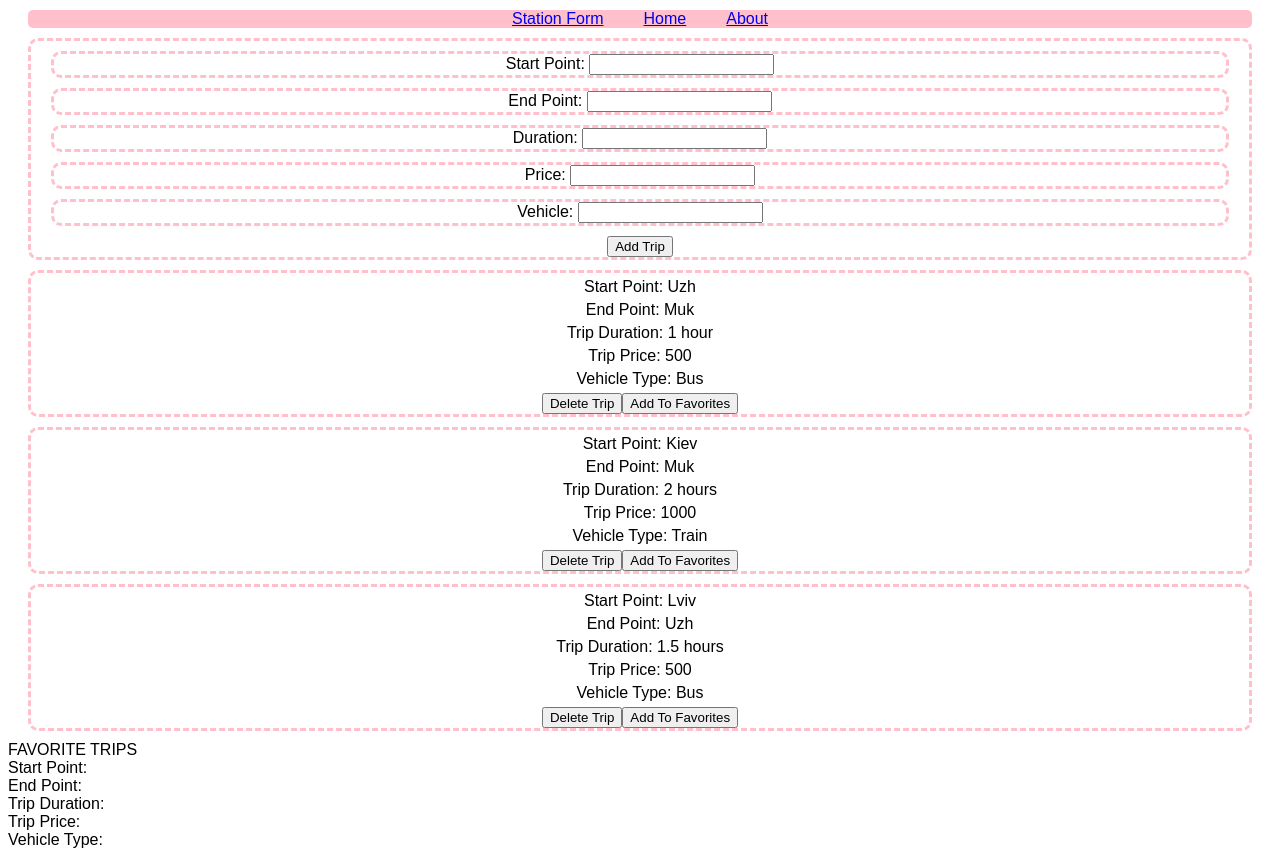
Repository: rutsguifd/mkr2
Page: /#/station-form, after clicking the first element matching `div.card > :nth-child(7)`
The author's editor kept a copy of each file at every save. The page is drawn from the files as they stood at one save, then again after the next save.
The browser window is 1280 px wide. The pictures show the whole page.
The project was rebuilt for these pictures with package versions that can differ from the ones it lists, and the page was loaded fresh each time. Also part of the build but not shown: src/views/Home.vue, src/views/About.vue.

Above is the page before, as saved 2021-12-21 21:29:11.

### src/App.vue
<template>
  <div>
    <router-view />
  </div>
</template>

<script>
  export default {

  }
</script>

<style lang="scss" scoped>

</style>

### src/router/index.js
import { createRouter, createWebHashHistory } from 'vue-router'
import Home from '../views/Home.vue'
import About from '../views/About.vue'
import StationForm from '../views/StationForm.vue'


const routes = [
  {
    path: '/',
    name: 'Home',
    component: Home
  },
  {
    path: '/about',
    name: 'About',
    component: About
  },
  {
    path: '/station-form',
    name: 'StationForm',
    component: StationForm
  }
]

const router = createRouter({
  history: createWebHashHistory(),
  routes
})

export default router

### src/store/index.js
import { createStore } from 'vuex'

export default createStore({
  state: {
    tripInfo: [
      {
        id: 1,
        tripStart: "Uzh",
        tripEnd: "Muk",
        tripDuration: "1 hour",
        tripPrice: "500",
        vehicle: "Bus"
      },
      {
        id: 2,
        tripStart: "Kiev",
        tripEnd: "Muk",
        tripDuration: "2 hours",
        tripPrice: "1000",
        vehicle: "Train"
      },
      {
        id: 3,
        tripStart: "Lviv",
        tripEnd: "Uzh",
        tripDuration: "1.5 hours",
        tripPrice: "500",
        vehicle: "Bus"
      }
    ],
    favoriteTrips: []
  },
  mutations: {
    addTrip(state, trip) {
      state.tripInfo.push({
        tripStart: trip.start,
        tripEnd: trip.end,
        tripDuration: trip.dur,
        tripPrice: trip.price,
        vehicle: trip.veh
      })
    },
    deleteTrip(state, ind) {
      state.tripInfo.splice(ind, 1)
    },
    addToFavorites(state, trip) {
      state.favoriteTrips.push({
        tripStart: trip.start,
        tripEnd: trip.end,
        tripDuration: trip.dur,
        tripPrice: trip.price,
        vehicle: trip.veh
      })
    }
  },
  actions: {},
  getters: {
    AllTrips(state) {
      return state.tripInfo
    },
    AllFavoriteTrips(state) {
      return state.favoriteTrips
    }
  }
})

### src/views/StationForm.vue
<template>
    <div>
        <Header />
        <AddTrip />
        <trip-card />
        <favorite-trips v-for="(trip) in AllFavoriteTrips" :key="trip.id"/>
    </div>
</template>

<script>
import { mapGetters } from "vuex";
import FavoriteTrips from '../components/FavoriteTrips.vue'
import AddTrip from '../components/AddTrip.vue'
import Header from '../components/Header.vue'
import TripCard from '../components/TripCard.vue'
    export default {
        name: "StationForm",
        components: {
            TripCard,
            Header,
            AddTrip,
            FavoriteTrips
        },
        computed: mapGetters(["AllFavoriteTrips"]),
    }
</script>

<style lang="scss" scoped>
* {
  margin: 0;
  padding: 0;
  box-sizing: border-box;
  font-family: "Fira Sans", sans-serif;
}
</style>

### src/components/Header.vue
<template>
  <div class="header">
    <span><router-link to="/station-form">Station Form</router-link></span>
    <span><router-link to="/">Home</router-link></span>
    <span><router-link to="/about">About</router-link></span>
  </div>
</template>

<script>
export default {};
</script>

<style lang="scss" scoped>
.header{
    text-align: center;
    margin: 10px 20px;
    background: pink;
    border-radius: 5px;
    span{
        margin: 0px 20px;
    }
}
</style>

### src/components/FavoriteTrips.vue
<template>
  <div v-for="(trip) in AllFavoriteTrips" :key="trip.id">
    FAVORITE TRIPS
    <div>Start Point: {{ trip.start }}</div>
    <div>End Point: {{ trip.end }}</div>
    <div>Trip Duration: {{ trip.dur }}</div>
    <div>Trip Price: {{ trip.price }}</div>
    <div>Vehicle Type: {{ trip.veh }}</div>
  </div>
</template>

<script>
import { mapGetters } from "vuex";
export default {
  name: "FavoriteTrips",
  props: ["trip"],
  computed: mapGetters(["AllFavoriteTrips"]),
};
</script>

<style lang="scss" scoped>
</style>

### src/components/AddTrip.vue
<template>
  <div class="add">
    <div>
      <label>
        Start Point:
        <input type="text" v-model="tripStart" />
      </label>
    </div>
    <div>
      <label>
        End Point:
        <input type="text" v-model="tripEnd" />
      </label>
    </div>
    <div>
      <label>
        Duration:
        <input type="text" v-model="tripDuration" />
      </label>
    </div>
    <div>
      <label>
        Price:
        <input type="text" v-model="tripPrice" />
      </label>
    </div>
    <div>
      <label>
        Vehicle:
        <input type="text" v-model="vehicle" />
      </label>
    </div>
    <button @click="add">Add Trip</button>
  </div>
</template>

<script>
import { mapMutations } from "vuex";
export default {
  data() {
    return {
      tripStart: "",
      tripEnd: "",
      tripDuration: "",
      tripPrice: "",
      vehicle: "",
    };
  },
  methods: {
    ...mapMutations(["addTrip"]),
    add() {
      this.addTrip({
        id: Date.now(),
        start: this.tripStart,
        end: this.tripEnd,
        dur: this.tripDuration,
        price: this.tripPrice,
        veh: this.vehicle,
      }),
        (this.tripStart = "");
      this.tripEnd = "";
      this.tripDuration = "";
      this.tripPrice = "";
      this.vehicle = "";
    },
  },
};
</script>

<style lang="scss" scoped>
.add {
    border: 3px dashed pink;
    border-radius: 10px;
    margin: 10px 20px;
    text-align: center;
  div {
      border: 3px dashed pink;
    border-radius: 10px;
    margin: 10px 20px;
  }
}
</style>

### src/components/TripCard.vue
<template>
  <div v-for="(trip, ind) in AllTrips" :key="trip.id">
    <div class="card">
      <div>Start Point: {{ trip.tripStart }}</div>
      <div>End Point: {{ trip.tripEnd }}</div>
      <div>Trip Duration: {{ trip.tripDuration }}</div>
      <div>Trip Price: {{ trip.tripPrice }}</div>
      <div>Vehicle Type: {{ trip.vehicle }}</div>
      <button @click="del(ind)">Delete Trip</button>
      <button @click="favorite">Add To Favorites</button>
    </div>
  </div>
</template>

<script>
import { mapMutations, mapGetters } from "vuex";
export default {
  name: "TripCard",
  props: ["trip"],
  methods: {
    ...mapMutations(["deleteTrip"]),
    ...mapMutations(["addToFavorites"]),
    del(ind) {
      this.deleteTrip(ind);
    },
    favorite() {
        this.addToFavorites({
        id: Date.now(),
        start: this.tripStart,
        end: this.tripEnd,
        dur: this.tripDuration,
        price: this.tripPrice,
        veh: this.vehicle,
        })
    }
  },
  computed: mapGetters(["AllTrips"]),
};
</script>

<style lang="scss" scoped>
.card {
  text-align: center;
  margin: 10px 20px;
  border: 3px dashed pink;
  border-radius: 10px;
  div {
    margin: 5px 0px;
  }
}
</style>

Loaded but not shown: public/index.html (common file); src/main.js (common file)

After the next save:
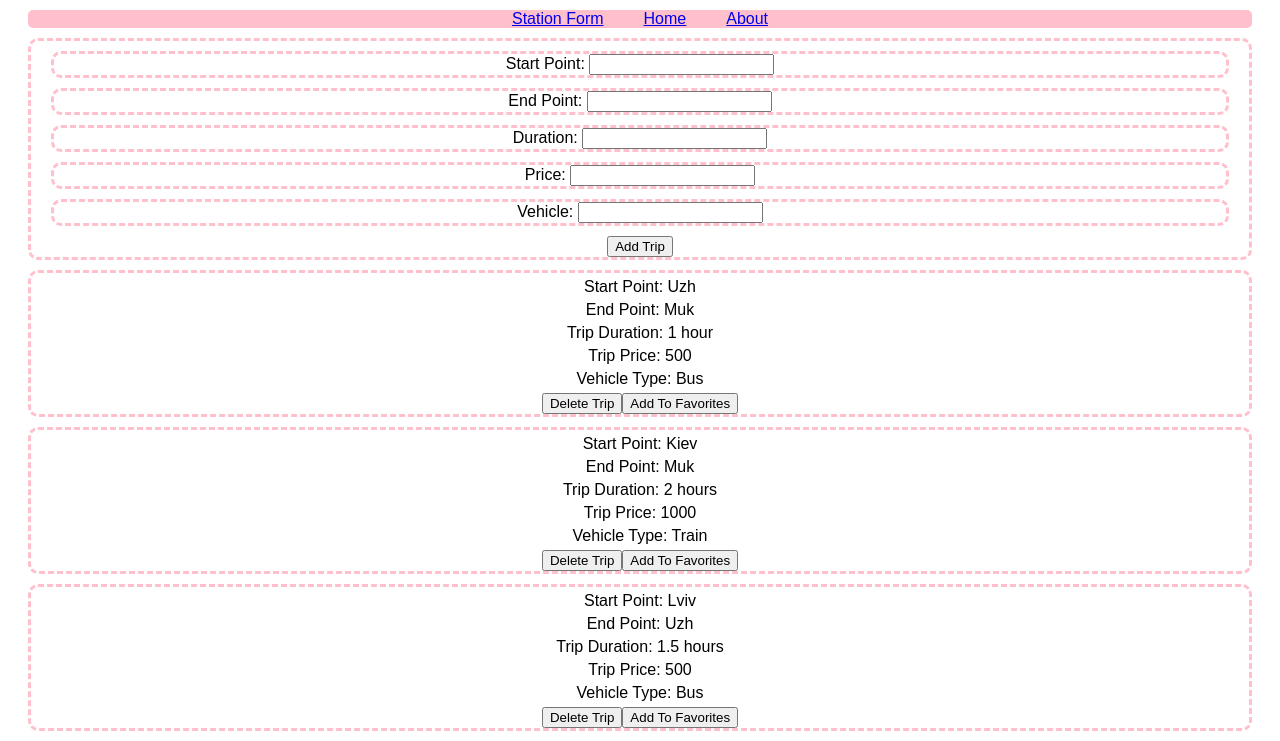
Console error: TypeError: Cannot read properties of undefined (reading 'tripStart')
Saved 52 s later.
--- a/src/components/FavoriteTrips.vue
+++ b/src/components/FavoriteTrips.vue
@@ -1,7 +1,7 @@
 <template>
-  <div v-for="(trip) in AllFavoriteTrips" :key="trip.id">
+  <div>
     FAVORITE TRIPS
-    <div>Start Point: {{ trip.start }}</div>
+    <div>Start Point: {{ trip.tripStart }}</div>
     <div>End Point: {{ trip.end }}</div>
     <div>Trip Duration: {{ trip.dur }}</div>
     <div>Trip Price: {{ trip.price }}</div>
@@ -10,11 +10,9 @@
 </template>
 
 <script>
-import { mapGetters } from "vuex";
 export default {
   name: "FavoriteTrips",
   props: ["trip"],
-  computed: mapGetters(["AllFavoriteTrips"]),
 };
 </script>
 
